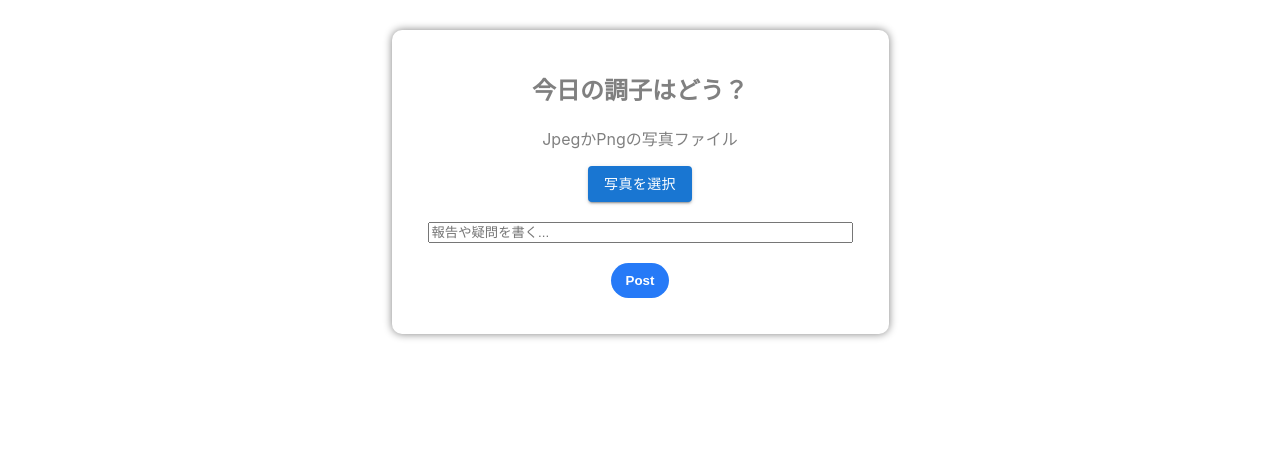
Repository: Seiya00002/seeds_surfers_react_sns
Page: /
An editor plug-in stored every save of this project. The page is shown before and after the next save, followed by the edit.
The browser window is 1280 px wide. The pictures show the whole page.
The page's requests for data from a server got no answer. The project was rebuilt for these pictures with package versions that can differ from the ones it lists, and the page was loaded fresh each time. No one was signed in, and anything a server would have sent is missing. Also part of the build but not shown: src/Post.css, src/Post.tsx.

Above is the page before, as saved 2023-08-04 10:34:09.

After the next save:
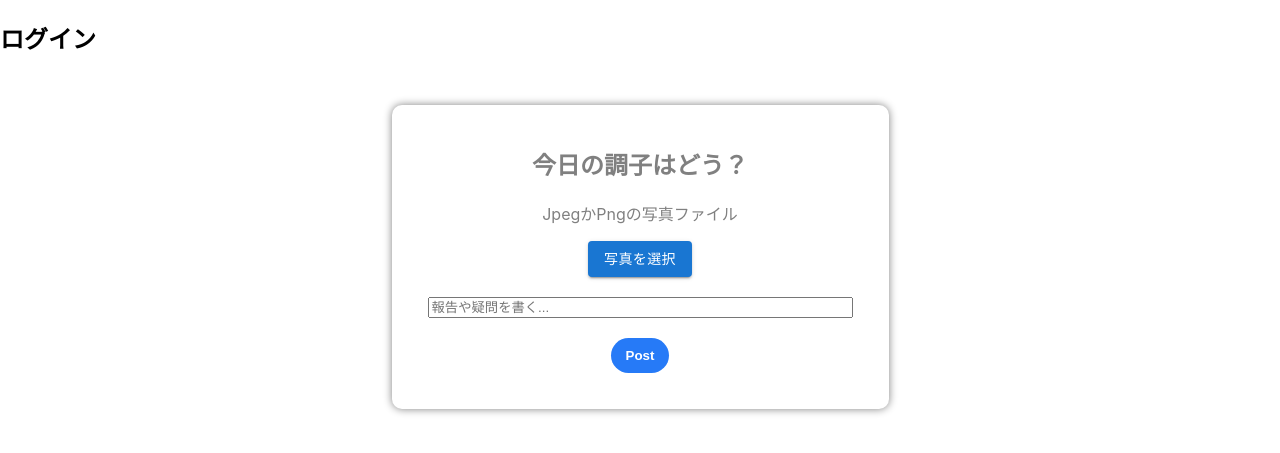
Saved 20 s later.
--- a/src/Login.tsx
+++ b/src/Login.tsx
@@ -5,6 +5,7 @@
 function Login() {
     return(
         <div>
+            <h2>ログイン</h2>
             {/* <SignInButton /> */}
         </div>
     );

After the save that followed:
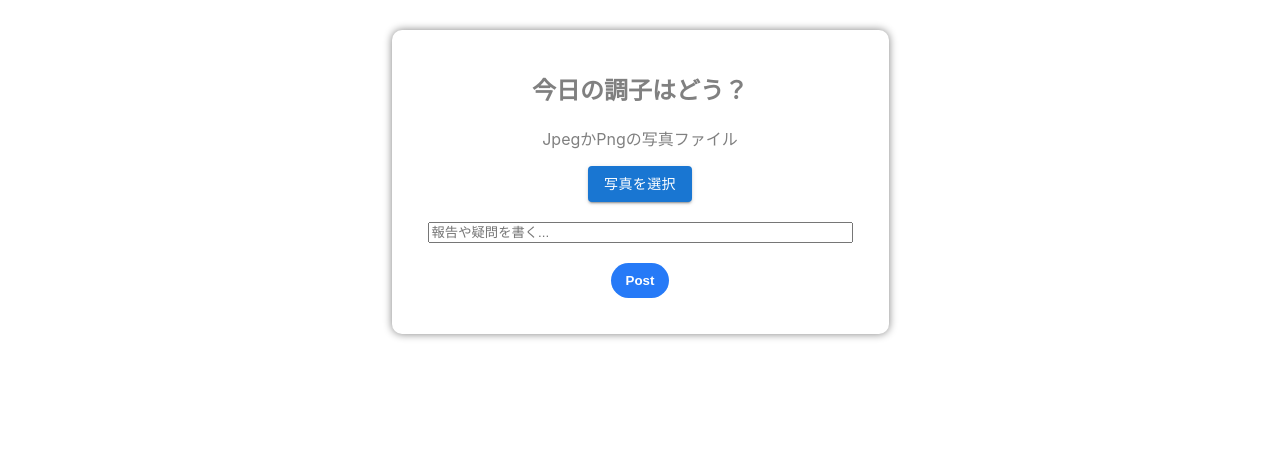
Saved 7 s later.
--- a/src/Login.tsx
+++ b/src/Login.tsx
@@ -5,7 +5,6 @@
 function Login() {
     return(
         <div>
-            <h2>ログイン</h2>
             {/* <SignInButton /> */}
         </div>
     );
